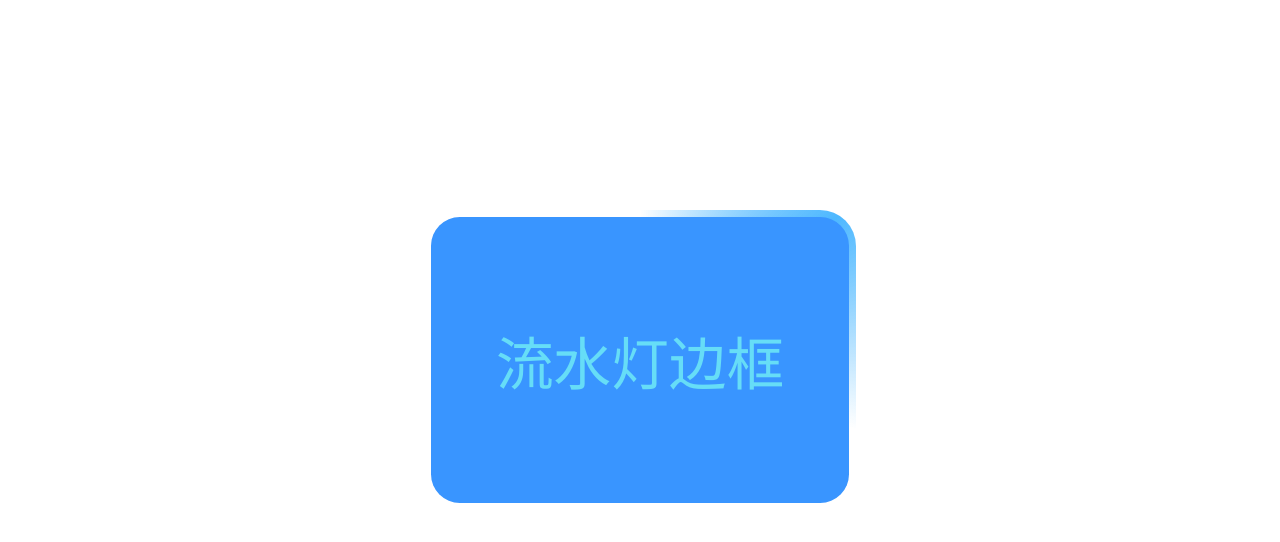
Repository: chjyume/zhongyi
Page: test2.html
These files come from the project's save history. The page is drawn as it stood at one moment and after the next save; the edit follows.
The browser window is 1280 px wide. The pictures show the whole page.

Above is the page before, as saved 2023-06-29 10:41:27.

After the next save:
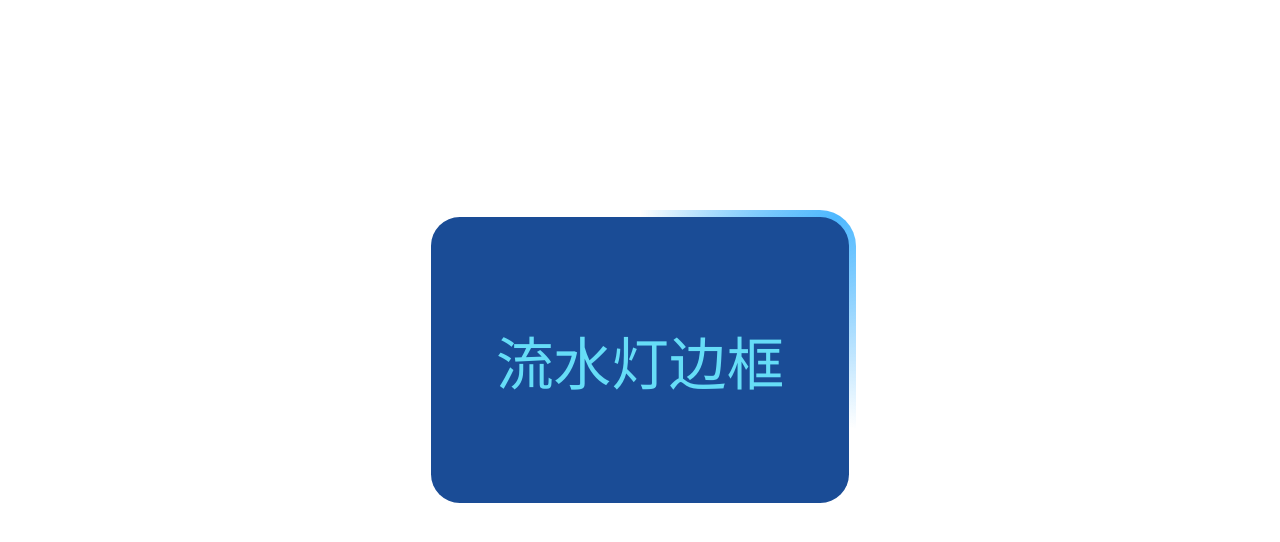
Saved 25 s later.
--- a/test2.html
+++ b/test2.html
@@ -72,7 +72,7 @@
 
     /* 往内撑开盒子宽高，正好小一圈当做边框 */
     inset: 1vmin;
-    background: #3995ff;
+    background: #1a4c96;
     border-radius: 4vmin;
 
     position: absolute;
